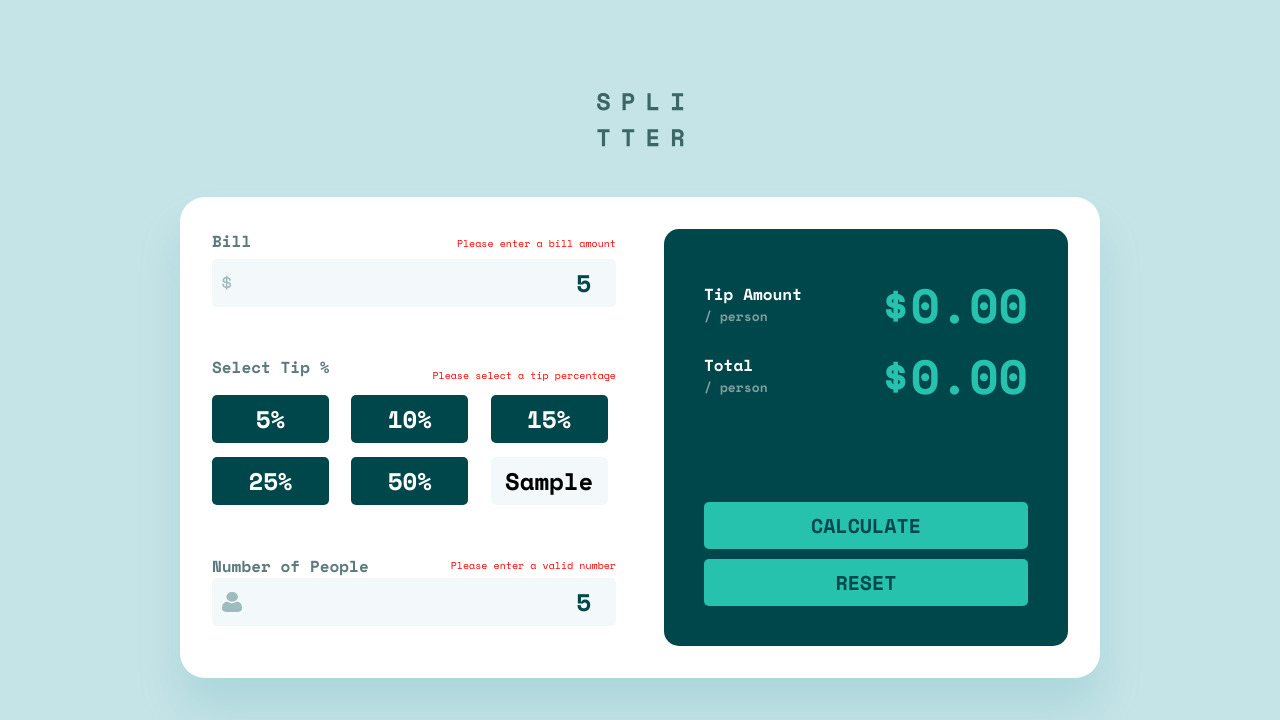
Repository: brandontaylor1/splitter
Page: index.html
These files come from the project's save history. The page is drawn as it stood at one moment and after the next save; the edit follows.
The browser window is 1280 px wide. The pictures show the whole page.
Empty fields were first filled with sample values (such as "Sample", 5 or name@example.com).
After loading, the first visible `#calculate-button` was clicked once.

Above is the page before, as saved 2025-02-07 14:04:32.
Console error: ReferenceError: total is not defined

After the next save:
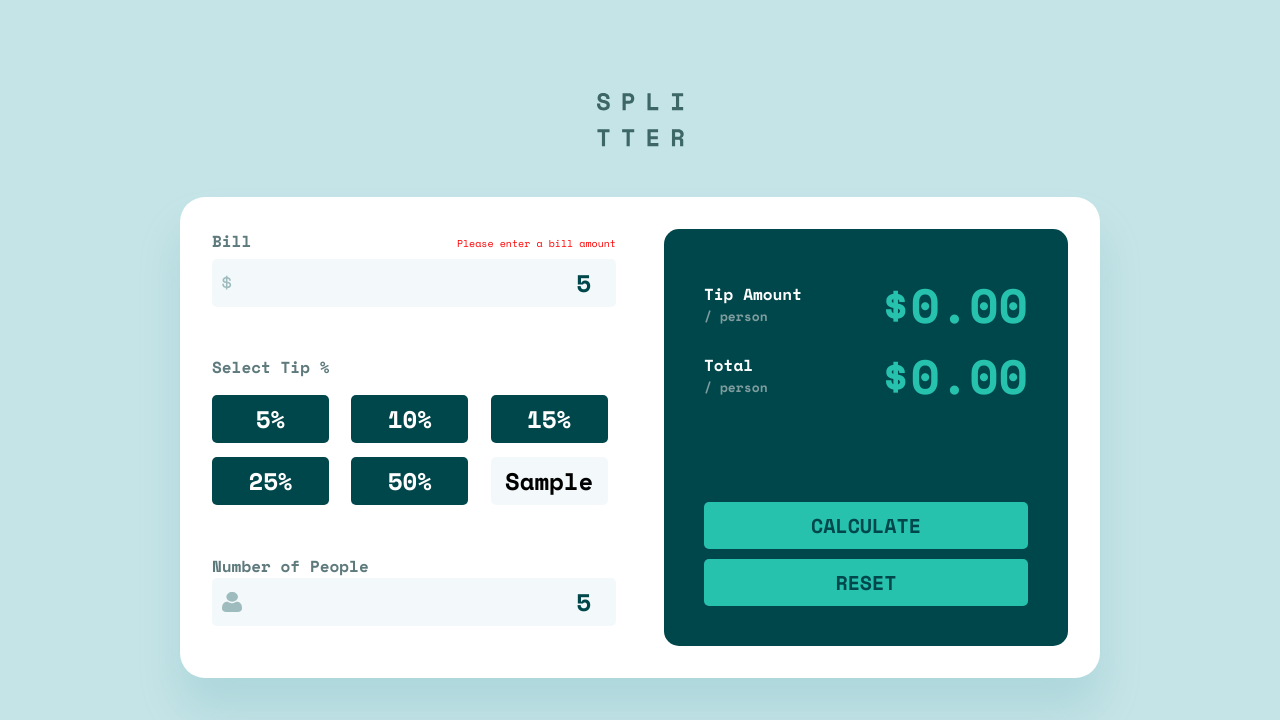
Console error: ReferenceError: tip is not defined
Saved 4 s later.
--- a/index.js
+++ b/index.js
@@ -68,8 +68,8 @@ calculateBtn.addEventListener("click", () => {
     if (billAmount === undefined || billAmount === "" || billAmount === 0) {
         billError.innerText = "Please enter a bill amount";
         hasError = true;
-        tipAmountElement.innerText = "$0.00";
-        totalAmountElement.innerText = "$0.00";
+        tip.innerText = "$0.00";
+        total.innerText = "$0.00";
     } else {
         billError.innerText = "";
     }
@@ -77,8 +77,8 @@ calculateBtn.addEventListener("click", () => {
     if (tipPercentage === undefined || tipPercentage === "" || tipPercentage === 0) {
         tipError.innerText = "Please select a tip percentage";
         hasError = true;
-        tipAmountElement.innerText = "$0.00";
-        totalAmountElement.innerText = "$0.00";
+        tip.innerText = "$0.00";
+        total.innerText = "$0.00";
     } else {
         tipError.innerText = "";
     }
@@ -86,7 +86,7 @@ calculateBtn.addEventListener("click", () => {
     if (numberOfPeople === undefined || numberOfPeople === "" || numberOfPeople === 0) {
         peopleError.innerText = "Please enter a valid number";
         hasError = true;
-        tipAmountElement.innerText = "$0.00";
+        tip.innerText = "$0.00";
         total.innerText = "$0.00";
     } else {
         peopleError.innerText = "";
